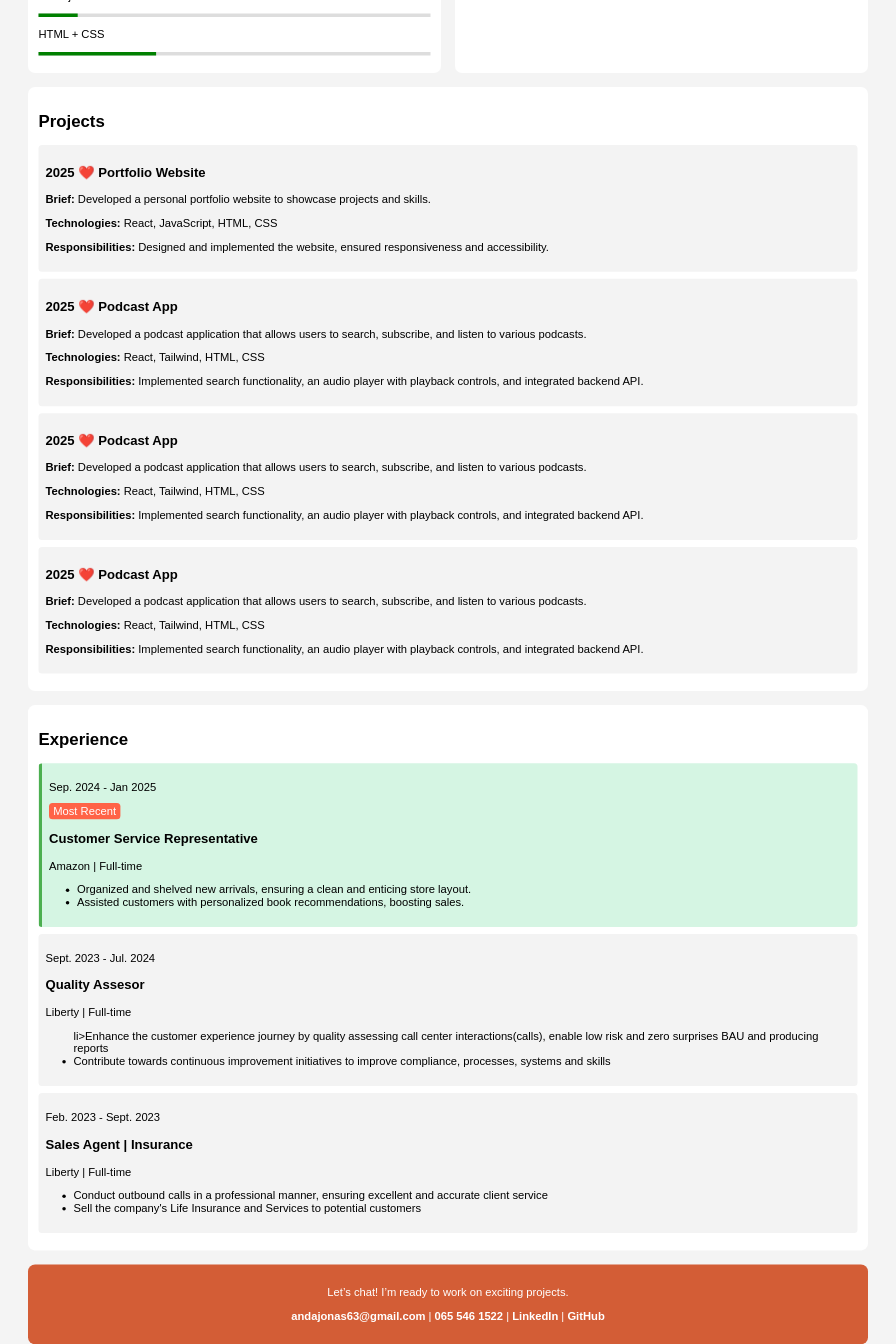
Repository: andajonas/ANDJON25111_fto2502_A2_AndaJonas_SDF_Portfolio_Piece
Page: index.html
The author's editor kept a copy of each file at every save. The page is drawn from the files as they stood at one save, then again after a run of saves.
The browser window is 1280 px wide. The pictures show the part of the page from y = 446 to 2366 px (the page is 2366 px tall), at 70% of full size.
A picture or video elsewhere on the page could not be fetched, so the positions and the page height are approximate.

Above is the page before, as saved 2025-04-03 17:52:26.

### index.html
<!DOCTYPE html>
<html lang="en">
<head>
    <meta charset="UTF-8">
    <meta name="viewport" content="width=device-width, initial-scale=1.0">
    <title>Developer Resume</title>
    <link rel="stylesheet" href="styles.css">
</head>
<body>

<div class="container">
    <!-- Profile Section -->
    <section class="profile">
        <img src="profile.jpg" alt="Profile Picture" class="profile-pic">
        <div class="profile-info">
            <h1>Anda Jonas</h1>
            <p>I am a beginner Software Developer passionate about building clean and responsive websites that are aesthetically pleasing as well as functional. I am always seeking to refine my skills and stay up to date with the latest trends.</p>
        </div>
    </section>

    <!-- Proficiency and Skills Section -->
    <section class="skills-container">
        <div class="proficiency">
            <h2>Proficiency</h2>
            <p><strong>Beginner Intermediate Advanced</strong></p>
            <p>JavaScript</p><div class="bar"><div class="progress" style="width: 10%;"></div></div>
            <p>React</p><div class="bar"><div class="progress" style="width: 10%;"></div></div>
            <p>Node.js</p><div class="bar"><div class="progress" style="width: 10%;"></div></div>
            <p>HTML + CSS</p><div class="bar"><div class="progress" style="width: 30%;"></div></div>
        </div>

        <div class="skills">
            <h2>Skills</h2>
            <div class="skill-tags">
                <span class="skill-item">Software Development</span>
                <span class="skill-item">Agile</span>
                <span class="skill-item">UI Design</span>
                <span class="skill-item">Problem Solving</span>
                <span class="skill-item">Git And Version Control</span>
                <span class="skill-item">Web Development</span>
                <span class="skill-item">Team Collaboration</span>
                <span class="skill-item">Functional Programming</span>
                <span class="skill-item">RESTful APIs</span>
            </div>
        </div>
    </section>

    <!-- Projects Section -->
    <section class="projects">
        <h2>Projects</h2>
        <div class="project-card">
            <h3>2025 ❤️ Portfolio Website</h3>
            <p><strong>Brief:</strong> Developed a personal portfolio website to showcase projects and skills.</p>
            <p><strong>Technologies:</strong> React, JavaScript, HTML, CSS</p>
            <p><strong>Responsibilities:</strong> Designed and implemented the website, ensured responsiveness and accessibility.</p>
        </div>

        <div class="project-card">
            <h3>2025 ❤️ Podcast App</h3>
            <p><strong>Brief:</strong> Developed a podcast application that allows users to search, subscribe, and listen to various podcasts.</p>
            <p><strong>Technologies:</strong> React, Tailwind, HTML, CSS</p>
            <p><strong>Responsibilities:</strong> Implemented search functionality, an audio player with playback controls, and integrated backend API.</p>
        </div>

        <div class="project-card">
            <h3>2025 ❤️ Podcast App</h3>
            <p><strong>Brief:</strong> Developed a podcast application that allows users to search, subscribe, and listen to various podcasts.</p>
            <p><strong>Technologies:</strong> React, Tailwind, HTML, CSS</p>
            <p><strong>Responsibilities:</strong> Implemented search functionality, an audio player with playback controls, and integrated backend API.</p>
        </div>

        <div class="project-card">
            <h3>2025 ❤️ Podcast App</h3>
            <p><strong>Brief:</strong> Developed a podcast application that allows users to search, subscribe, and listen to various podcasts.</p>
            <p><strong>Technologies:</strong> React, Tailwind, HTML, CSS</p>
            <p><strong>Responsibilities:</strong> Implemented search functionality, an audio player with playback controls, and integrated backend API.</p>
        </div>
    </section>

    <!-- Experience Section -->
    <section class="experience">
        <h2>Experience</h2>
        <div class="experience-card green">
            <div class="exp-header">
                <p class="date">Sep. 2024 - Jan 2025</p>
                <span class="tag">Most Recent</span>
            </div>
            <h3>Customer Service Representative</h3>
            <p class="company">Amazon | Full-time</p>
            <ul>
                <li>Organized and shelved new arrivals, ensuring a clean and enticing store layout.</li>
                <li>Assisted customers with personalized book recommendations, boosting sales.</li>
            </ul>
        </div>

        <div class="experience-card">
            <p class="date">Sept. 2023 - Jul. 2024</p>
            <h3>Quality Assesor</h3>
            <p class="company">Liberty | Full-time</p>
            <ul>
                li>Enhance the customer experience journey by quality assessing call center interactions(calls), enable low risk and zero surprises BAU and producing reports</li>
                    <li>Contribute towards continuous improvement initiatives to improve compliance, processes, systems and skills</li>
            </ul>
        </div>
        <div class="experience-card">
            <p class="date">Feb. 2023 - Sept. 2023</p>
            <h3>Sales Agent | Insurance</h3>
            <p class="company">Liberty | Full-time</p>
            <ul>
                <li>Conduct outbound calls in a professional manner, ensuring excellent and accurate client service</li>
                <li>Sell the company's Life Insurance and Services to potential customers</li>
            </ul>
        </div>
    </section>

    <!-- Contact Section -->
    <section class="contact">
        <p class="contact-text">Let’s chat! I’m ready to work on exciting projects.</p>
        <p class="contact-links">
            <a href="mailto:andajonas63@gmail.com">andajonas63@gmail.com</a> |
            <a href="tel:+27655461522"> 065 546 1522</a> |
            <a href="https://www.linkedin.com/in/anda-jonas/" target="_blank" rel="noopener noreferrer">LinkedIn</a> |
            <a href="https://github.com/andajonas" target="_blank" rel="noopener noreferrer"> GitHub</a>
        </p>
    </section>
</div>

</body>
</html>

### styles.css
/* General Layout */
body {
    font-family: Arial, sans-serif;
    margin: 0;
    padding: 0;
    background: #f4f4f4;
}

.container {
    max-width: 1200px;
    margin: auto;
    display: flex;
    flex-direction: column;
    gap: 20px;
}

/* Profile Section */
.profile {
    display: flex;
    align-items: center;
    padding: 20px;
    background: white;
    border-radius: 10px;
}

.profile-pic {
    width: 144px;
    height: 144px;
    border-radius: 24px;
    object-fit: cover;
    margin-right: 20px;
}

/* Skills Section */
.skills-container {
    display: flex;
    gap: 20px;
}

.proficiency, .skills {
    background: white;
    padding: 15px;
    border-radius: 10px;
    width: 50%;
}

.bar {
    width: 100%;
    height: 5px;
    background: #ddd;
    margin-bottom: 10px;
}

.progress {
    height: 5px;
    background: green;
}

.skill-tags {
    display: flex;
    flex-wrap: wrap;
    gap: 10px;
}

.skill-item {
    background: #ecf4f1;
    padding: 8px 14px;
    border-radius: 6px;
    font-size: 14px;
    display: inline-block;
}

/* Projects Section */
.projects {
    background: white;
    padding: 15px;
    border-radius: 10px;
    display: grid;
}

.project-card {
    background: #f3f3f3;
    padding: 10px;
    border-radius: 5px;
    margin-bottom: 10px;
}

/* Experience Section */
.experience {
    background: white;
    padding: 15px;
    border-radius: 10px;
}

.experience-card {
    background: #f3f3f3;
    padding: 10px;
    border-radius: 5px;
    margin-bottom: 10px;
}

.green {
    background: #d5f5e3;
    border-left: 5px solid #4caf50;
}

.tag {
    background: #ff6347;
    color: white;
    padding: 3px 6px;
    border-radius: 5px;
}

/* Contact Section */
.contact {
    background: #d35d36;
    color: white;
    text-align: center;
    padding: 15px;
    border-radius: 10px;
}

.contact-links a {
    color: white;
    font-weight: bold;
    text-decoration: none;
}

After the next 2 saves:
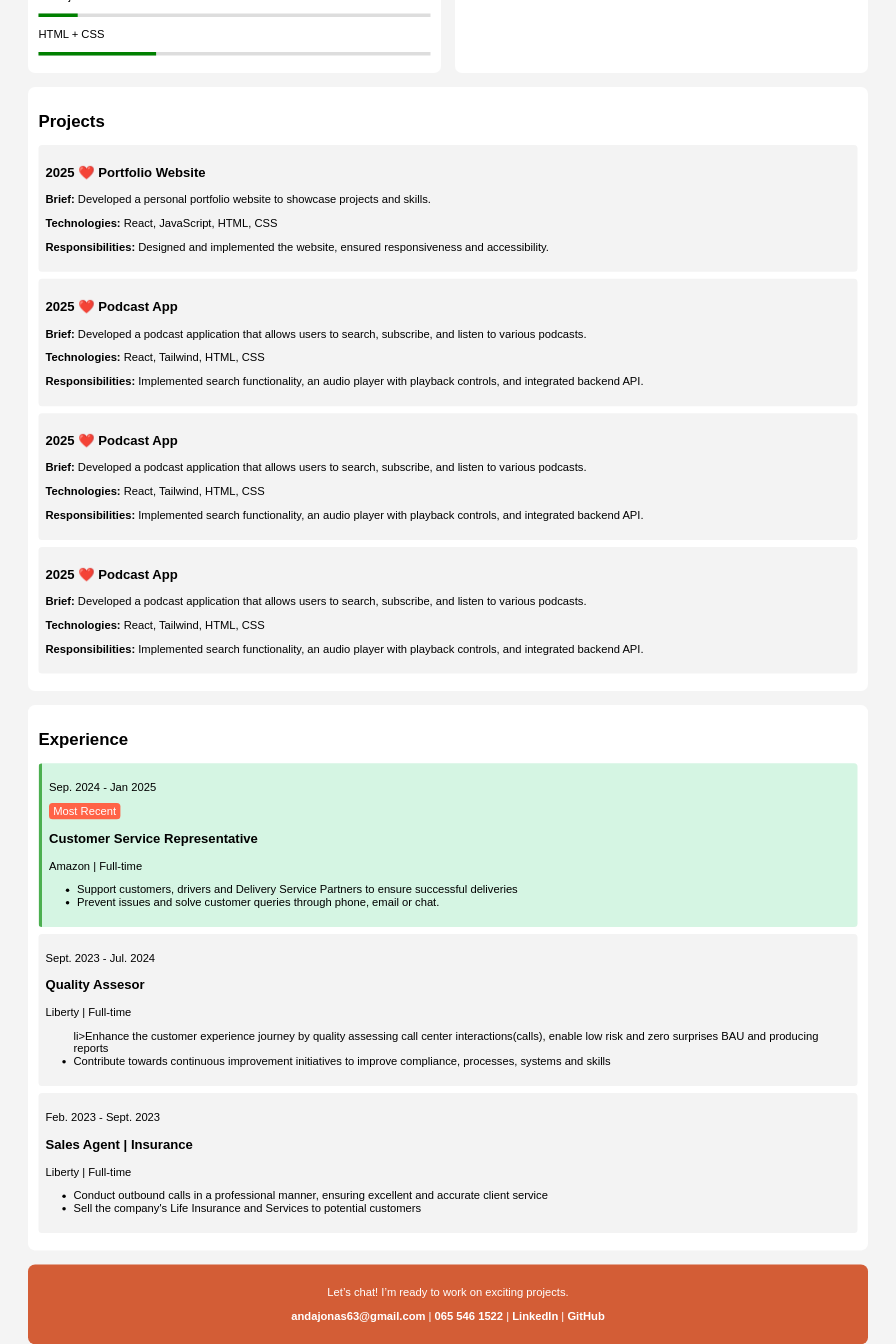
The 2 saves are shown as one change because they came seconds apart.
The last was saved 18 s later.
--- a/index.html
+++ b/index.html
@@ -88,9 +88,8 @@
             <h3>Customer Service Representative</h3>
             <p class="company">Amazon | Full-time</p>
             <ul>
-                <li>Organized and shelved new arrivals, ensuring a clean and enticing store layout.</li>
-                <li>Assisted customers with personalized book recommendations, boosting sales.</li>
-            </ul>
+                <li>Support customers, drivers and Delivery Service Partners to ensure successful deliveries</li>
+                <li>Prevent issues and solve customer queries through phone, email or chat.</li>
         </div>
 
         <div class="experience-card">
